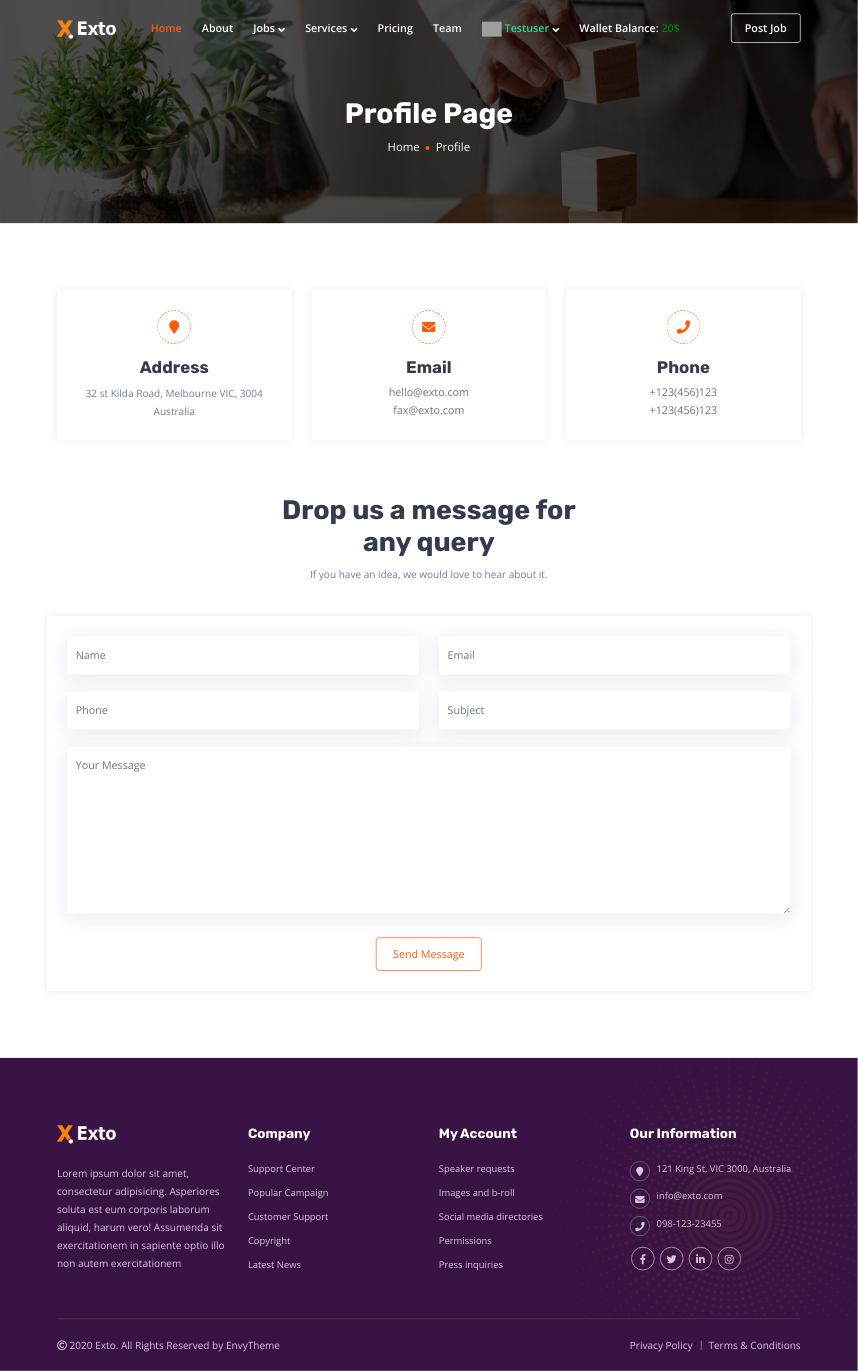
Repository: aakashrajput/XtremeWorks
Page: http://localhost/user/profile
These files come from the project's save history. The page is drawn as it stood at one moment and after the next save; the edit follows.
The browser window is 1280 px wide. The pictures show the whole page, at 67% of full size.
Pictures or frames that could not be fetched are drawn as grey boxes. The page is served by the project's Laravel application, run on PHP 8.4 with Laravel 8. A made-up administrator, Test User (test@example.com), is signed in. Other server files are loaded and not shown.

Above is the page before, as saved 2020-03-26 14:36:56.

### routes/web.php
<?php

use Illuminate\Support\Facades\Route;

/*
|--------------------------------------------------------------------------
| Web Routes
|--------------------------------------------------------------------------
|
| Here is where you can register web routes for your application. These
| routes are loaded by the RouteServiceProvider within a group which
| contains the "web" middleware group. Now create something great!
|
*/


//Main Site Routes

Route::get('/', function () {
    return view('site.index');
});

Route::get('/about', function () {
    return view('site.about');
});

Route::get('/user/login', function () {
    return view('site.login');
});

Route::get('/user/register', function () {
    return view('site.register');
});


Route::prefix('user')->group(function() {
    Route::post('/register', 'User\RegisterController@register')->name('user.register.submit');
    Route::post('/login', 'User\LoginController@login');
    Route::get('/home', 'User\UserHomeController@index');
    Route::get('/wallet', 'User\UserHomeController@WalletPage');
    Route::get('/profile', 'User\UserHomeController@ProfilePage');
});


Auth::routes();

Route::get('/home', 'HomeController@index')->name('home');

Auth::routes();

Route::get('/home', 'HomeController@index')->name('home');

### app/Http/Controllers/User/UserHomeController.php
<?php

namespace App\Http\Controllers\User;

use App\Http\Controllers\Controller;
use Illuminate\Http\Request;

class UserHomeController extends Controller
{
    public function __construct()
    {
        $this->middleware('auth:web');
    }

    public function index()
    {
        return view('user.index');
    }

    public function WalletPage()
    {
        return view('user.wallet');
    }

    public function ProfilePage()
    {
        return view('user.profile');
    }
}

### resources/views/user/profile.blade.php
@include('user.includes.header')

<div class="page-title-area">
    <div class="d-table">
        <div class="d-table-cell">
            <div class="container">
                <div class="page-title-content">
                    <h2>Profile Page</h2>
                    <ul>
                        <li>
                            <a href="index.html">Home</a>
                        </li>
                        <li>Profile</li>
                    </ul>
                </div>
            </div>
        </div>
    </div>
</div>
<!-- End Page Title Area -->

<!-- Start Contact Box Area -->
<section class="contact-box">
    <div class="container">
        <div class="row">
            <div class="col-lg-4 col-md-6">
                <div class="single-contact-box">
                    <i class="fa fa-map-marker"></i>
                    <div class="content-title">
                        <h3>Address</h3>
                        <p>32 st Kilda Road, Melbourne VIC, 3004 Australia</p>
                    </div>
                </div>
            </div>
            <div class="col-lg-4 col-md-6">
                <div class="single-contact-box">
                    <i class="fa fa-envelope"></i>
                    <div class="content-title">
                        <h3>Email</h3>
                        <a href="mailto:hello@exto.com">hello@exto.com</a>
                        <a href="mailto:hello@exto.com">fax@exto.com</a>
                    </div>
                </div>
            </div>
            <div class="col-lg-4 col-md-6 offset-md-3 offset-lg-0">
                <div class="single-contact-box">
                    <i class="fa fa-phone"></i>
                    <div class="content-title">
                        <h3>Phone</h3>
                        <a href="tel:+123(456)123">+123(456)123</a>
                        <a href="tel:+123(456)123">+123(456)123</a>
                    </div>
                </div>
            </div>
        </div>
    </div>
</section>
<!-- End Contact Box Area -->

<!-- Start Contact Area -->
<section class="contact-area pb-100">
    <div class="container">
        <div class="section-title">
            <h2>Drop us a message for any query</h2>
            <p>If you have an idea, we would love to hear about it.</p>
        </div>

        <div class="row">
            <div class="col-lg-14">
                <div class="contact-form">
                    <form id="contactForm">
                        <div class="row">
                            <div class="col-lg-6">
                                <div class="form-group">
                                    <input type="text" name="name" class="form-control" placeholder="Name">
                                </div>
                            </div>
                            <div class="col-lg-6">
                                <div class="form-group">
                                    <input type="email" name="email" class="form-control" placeholder="Email">
                                </div>
                            </div>
                            <div class="col-lg-6">
                                <div class="form-group">
                                    <input type="text" name="phone-number" class="form-control" placeholder="Phone">
                                </div>
                            </div>
                            <div class="col-lg-6">
                                <div class="form-group">
                                    <input type="text" name="subject" class="form-control" placeholder="Subject">
                                </div>
                            </div>
                            <div class="col-lg-12">
                                <div class="form-group">
                                    <textarea name="message" class="form-control" placeholder="Your Message"></textarea>
                                </div>
                            </div>
                            <div class="col-lg-12">
                                <button type="submit" class="default-btn">Send Message</button>
                            </div>
                        </div>
                    </form>
                </div>
            </div>
        </div>
    </div>
</section>
<!-- End Contact Area -->

@include('user.includes.footer')

### resources/views/user/includes/header.blade.php
<!doctype html>
<html lang="zxx">
    <head>
        <!-- Required meta tags -->
        <meta charset="utf-8">
        <meta name="viewport" content="width=device-width, initial-scale=1, shrink-to-fit=no">

        <!-- Bootstrap Min CSS -->
        <link rel="stylesheet" href="../../assets/css/bootstrap.min.css">
        <!-- Animate Min CSS -->
        <link rel="stylesheet" href="../../assets/css/animate.min.css">
        <!-- FlatIcon CSS -->
        <link rel="stylesheet" href="../../assets/css/flaticon.css">
        <!-- FlatIcon Two CSS -->
        <link rel="stylesheet" href="../../assets/css/flaticon-two.css">
        <!-- FlatIcon Three CSS -->
        <link rel="stylesheet" href="../../assets/css/flaticon-three.css">
        <!-- Odometer Min CSS -->
        <link rel="stylesheet" href="../../assets/css/odometer.min.css">
        <!-- MeanMenu CSS -->
        <link rel="stylesheet" href="../../assets/css/meanmenu.css">
        <!-- Progressbar CSS -->
        <link rel="stylesheet" href="../../assets/css/progressbar.min.css">
        <!-- Magnific Popup Min CSS -->
        <link rel="stylesheet" href="../../assets/css/magnific-popup.min.css">
        <!-- Nice Select Min CSS -->
        <link rel="stylesheet" href="../../assets/css/nice-select.min.css">
        <!-- Owl Carousel Min CSS -->
        <link rel="stylesheet" href="../../assets/css/owl.carousel.min.css">
        <!-- Font Awesome Min CSS -->
        <link rel="stylesheet" href="../../assets/css/fontawesome.min.css">
        <!-- Style CSS -->
        <link rel="stylesheet" href="../../assets/css/style.css">
        <!-- Responsive CSS -->
        <link rel="stylesheet" href="../../assets/css/responsive.css">

        <title>Exto - SEO & Marketing HTML Template</title>

        <link rel="icon" type="image/png" href="../../assets/img/favicon.png">
    </head>

    <body>

        <!-- Preloader Area -->
        <div class="preloader-area">
            <div class="spinner">
                <div class="dot1"></div>
                <div class="dot2"></div>
            </div>
        </div>
        <!-- End Preloader Area -->

        <!-- Start Navbar Area Two -->
        <div class="navbar-area-two">
            <div class="exto-responsive-nav">
                <div class="container">
                    <div class="exto-responsive-menu">
                        <div class="logo">
                            <a href="index.html">
                                <img src="../../assets/img/logo/logo-2.png" alt="logo">
                            </a>
                        </div>
                    </div>
                </div>
            </div>

            <div class="exto-nav">
                <div class="container">
                    <nav class="navbar navbar-expand-md navbar-light">
                        <a class="navbar-brand" href="index.html">
                            <img src="../../assets/img/logo/logo-2.png" alt="logo">
                        </a>
                        <div class="collapse navbar-collapse mean-menu" id="navbarSupportedContent">
                            <ul class="navbar-nav">
                                <li class="nav-item">
                                    <a href="/user/home" class="nav-link active">
                                        Home
                                    </a>
                                </li>
                                <li class="nav-item">
                                    <a href="about.html" class="nav-link">About</a>
                                </li>
                                <li class="nav-item">
                                    <a href="index-2.html#" class="nav-link">
                                        Jobs
                                        <i class="fa fa-angle-down"></i>
                                    </a>
                                    <ul class="dropdown-menu">
                                        <li class="nav-item">
                                            <a href="projects.html" class="nav-link">Explore Jobs</a>
                                        </li>
                                        <li class="nav-item">
                                            <a href="single-projects.html" class="nav-link">Post Jobs</a>
                                        </li>
                                    </ul>
                                </li>
                                <li class="nav-item">
                                    <a href="index-2.html#" class="nav-link">
                                        Services
                                        <i class="fa fa-angle-down"></i>
                                    </a>
                                    <ul class="dropdown-menu">
                                        <li class="nav-item">
                                            <a href="services.html" class="nav-link">Service</a>
                                        </li>
                                        <li class="nav-item">
                                            <a href="single-services.html" class="nav-link">Service Details</a>
                                        </li>
                                    </ul>
                                </li>
                                <li class="nav-item"><a href="about.html" class="nav-link">Pricing</a></li>
                                <li class="nav-item"><a href="about.html" class="nav-link">Team</a></li>
                                <li class="nav-item">
                                    <a href="index-2.html#" class="nav-link">
                                        <img src="https://picoworkers.com/im/web/profile_no_image.gif" alt="user avatar" width="30px">&nbsp;<span style="color:#2fd88a;">{{Auth::user()->username}}</span>
                                        <i class="fa fa-angle-down"></i>
                                    </a>
                                    <ul class="dropdown-menu">
                                        <li class="nav-item">
                                            <a href="/user/profile" class="nav-link">Profile Settings</a>
                                        </li>
                                        <li class="nav-item">
                                            <a href="/user/wallet" class="nav-link">Wallet</a>
                                        </li>
                                        <li class="nav-item">
                                            <a href="single-blog.html" class="nav-link">Logout</a>
                                        </li>
                                    </ul>
                                </li>
                                <li class="nav-item"><a href="about.html" class="nav-link">Wallet Balance: <span style="color:green;">20$</span></a></li>
                            </ul>

                            <div class="others-options saas-option">
                                <a class="saas-nav-btn" href="index-2.html#">
                                    Post Job
                                </a>
                            </div>
                        </div>
                    </nav>
                </div>
            </div>
        </div>
        <!-- End Navbar Area Two -->

### public/assets/css/flaticon.css
/*
Flaticon icon font: Flaticon
*/
@font-face {
	font-family: "Flaticon";
	src: url("../fonts/Flaticon.eot");
	src: url("../fonts/Flaticon.eot%3F") format("embedded-opentype"),
	url("../fonts/Flaticon.woff2") format("woff2"),
	url("../fonts/Flaticon.woff") format("woff"),
	url("../fonts/Flaticon.ttf") format("truetype"),
	url("../fonts/Flaticon.svg") format("svg");
	font-weight: normal;
	font-style: normal;
}
@media screen and (-webkit-min-device-pixel-ratio:0) {
	@font-face {
		font-family: "Flaticon";
		src: url("../fonts/Flaticon.svg") format("svg");
	}
}
[class^="flaticon-"]:before, [class*=" flaticon-"]:before,
[class^="flaticon-"]:after, [class*=" flaticon-"]:after {
	font-family: Flaticon;
	font-style: normal;
}

.flaticon-right-arrow:before { content: "\f100"; }
.flaticon-claim:before { content: "\f101"; }
.flaticon-lock:before { content: "\f102"; }
.flaticon-diagram:before { content: "\f103"; }
.flaticon-money:before { content: "\f104"; }
.flaticon-pen:before { content: "\f105"; }
.flaticon-refresh:before { content: "\f106"; }
.flaticon-budget:before { content: "\f107"; }
.flaticon-data:before { content: "\f108"; }
.flaticon-file:before { content: "\f109"; }
.flaticon-ruler:before { content: "\f10a"; }
.flaticon-facebook:before { content: "\f10b"; }
.flaticon-twitter:before { content: "\f10c"; }
.flaticon-linkedin:before { content: "\f10d"; }
.flaticon-instagram-logo:before { content: "\f10e"; }

### public/assets/css/flaticon-two.css
	/*
  	Flaticon icon font: Flaticon
  	Creation date: 22/12/2019 12:08
  	*/

@font-face {
	font-family: "Flaticon";
	src: url("../fonts/style-one/Flaticon.eot");
	src: url("../fonts/style-one/Flaticon.eot%3F") format("embedded-opentype"),
	url("../fonts/style-one/Flaticon.woff2") format("woff2"),
	url("../fonts/style-one/Flaticon.woff") format("woff"),
	url("../fonts/style-one/Flaticon.ttf") format("truetype"),
	url("../fonts/style-one/Flaticon.svg") format("svg");
	font-weight: normal;
	font-style: normal;
}
@media screen and (-webkit-min-device-pixel-ratio:0) {
	@font-face {
		font-family: "Flaticon";
		src: url("../fonts/style-one/Flaticon.svg") format("svg");
	}
}
[class^="flaticon-"]:before, [class*=" flaticon-"]:before,
[class^="flaticon-"]:after, [class*=" flaticon-"]:after {
	font-family: Flaticon;
	font-style: normal;
}

.flaticon-headphones:before { content: "\f100"; }
.flaticon-tag:before { content: "\f101"; }
.flaticon-cyber-security:before { content: "\f102"; }
.flaticon-innovation:before { content: "\f103"; }
.flaticon-content:before { content: "\f104"; }
.flaticon-unlink:before { content: "\f105"; }
.flaticon-data:before { content: "\f106"; }
.flaticon-goal:before { content: "\f107"; }
.flaticon-modules:before { content: "\f108"; }
.flaticon-work-time:before { content: "\f109"; }
.flaticon-it:before { content: "\f10a"; }
.flaticon-monitor:before { content: "\f10b"; }
.flaticon-appointment:before { content: "\f10c"; }
.flaticon-user:before { content: "\f10d"; }
.flaticon-dancer-motion:before { content: "\f10e"; }
.flaticon-cropping-tool:before { content: "\f10f"; }
.flaticon-brain-and-head:before { content: "\f110"; }
.flaticon-telephone:before { content: "\f111"; }
.flaticon-envelope:before { content: "\f112"; }
.flaticon-edit:before { content: "\f113"; }
.flaticon-placeholder:before { content: "\f114"; }

### public/assets/css/flaticon-three.css
	/*
  	Flaticon icon font: Flaticon
  	Creation date: 02/01/2020 10:22
  	*/

@font-face {
	font-family: "Flaticon";
	src: url("../fonts/style-two/Flaticon.eot");
	src: url("../fonts/style-two/Flaticon.eot%3F") format("embedded-opentype"),
	url("../fonts/style-two/Flaticon.woff2") format("woff2"),
	url("../fonts/style-two/Flaticon.woff") format("woff"),
	url("../fonts/style-two/Flaticon.ttf") format("truetype"),
	url("../fonts/style-two/Flaticon.svg") format("svg");
	font-weight: normal;
	font-style: normal;
}

@media screen and (-webkit-min-device-pixel-ratio:0) {
  @font-face {
		font-family: "Flaticon";
		src: url("../fonts/style-two/Flaticon.svg") format("svg");
	}
}
[class^="flaticon-"]:before, [class*=" flaticon-"]:before,
[class^="flaticon-"]:after, [class*=" flaticon-"]:after {
	font-family: Flaticon;
	font-style: normal;
}

.flaticon-industry:before { content: "\f100"; }
.flaticon-group:before { content: "\f101"; }
.flaticon-promotion:before { content: "\f102"; }
.flaticon-coffee-cup:before { content: "\f103"; }

### public/assets/css/progressbar.min.css
.circle-chart{width:150px;height:150px}.circle-chart__circle{stroke:#00acc1;stroke-width:2;stroke-linecap:square;fill:none;animation:circle-chart-fill 2s reverse;transform:rotate(-90deg);transform-origin:center}.circle-chart__circle--negative{transform:rotate(-90deg)scale(1,-1)}.circle-chart__background{stroke:#efefef;stroke-width:2;fill:none}.circle-chart__info{animation:circle-chart-appear 2s forwards;opacity:0;transform:translateY(0.3em)}.circle-chart__percent{alignment-baseline:central;text-anchor:middle;font-size:8px}.circle-chart__subline{alignment-baseline:central;text-anchor:middle;font-size:3px}.success-stroke{stroke:#ff8a00}.warning-stroke{stroke:#ffbb33}.danger-stroke{stroke:#ff4444}
@keyframes circle-chart-fill{to{stroke-dasharray:0 100}}
@keyframes circle-chart-appear{to{opacity:1;transform:translateY(0)}}

Loaded but not shown: app/Http/Controllers/Auth/LoginController.php (common file); app/Http/Controllers/Controller.php (common file); app/Http/Controllers/Auth/ConfirmPasswordController.php (common file); app/User.php (common file); public/assets/css/bootstrap.min.css (library); public/assets/css/animate.min.css (library); public/assets/css/odometer.min.css (library); public/assets/css/meanmenu.css (common file); public/assets/css/magnific-popup.min.css (library); public/assets/css/nice-select.min.css (library); public/assets/css/owl.carousel.min.css (library); public/assets/css/fontawesome.min.css (library); public/assets/css/style.css (library); public/assets/js/jquery.min.js (library); public/assets/js/popper.min.js (library); public/assets/js/bootstrap.min.js (library); public/assets/js/jquery.meanmenu.js (library); public/assets/js/jquery.appear.min.js (common file); public/assets/js/odometer.min.js (library); public/assets/js/owl.carousel.min.js (library); public/assets/js/jquery.magnific-popup.min.js (library); public/assets/js/wow.min.js (library); public/assets/js/particles.min.js (library); public/assets/js/main.js (330 lines, source omitted); public/assets/js/jquery.nice-select.min.js (4 lines, source omitted); public/assets/js/progressbar.min.js (4 lines, source omitted); public/assets/css/responsive.css (2922 lines, source omitted); resources/views/user/includes/footer.blade.php (168 lines, source omitted)

After the next save:
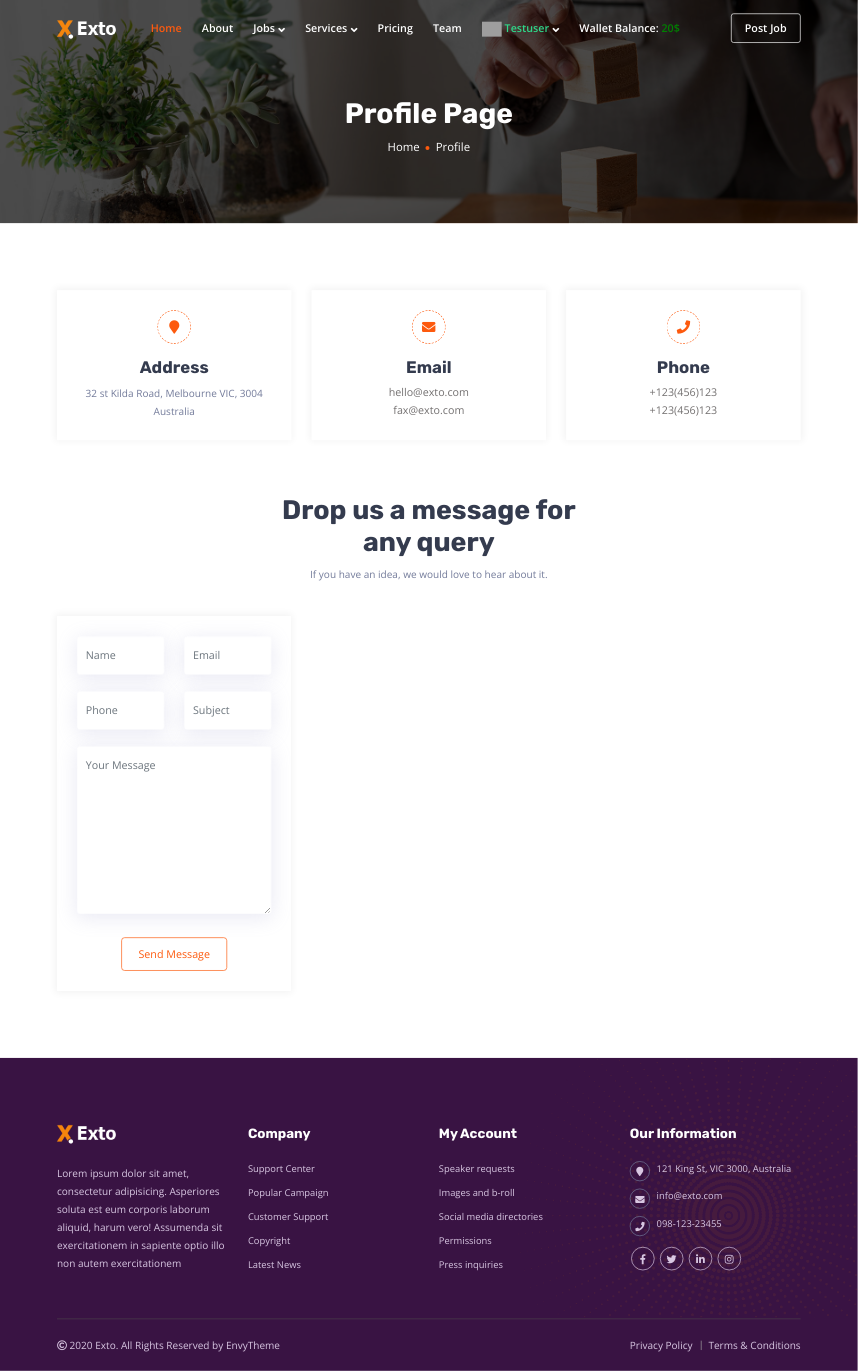
Saved 7 s later.
--- a/resources/views/user/profile.blade.php
+++ b/resources/views/user/profile.blade.php
@@ -66,7 +66,7 @@
         </div>
 
         <div class="row">
-            <div class="col-lg-14">
+            <div class="col-lg-4">
                 <div class="contact-form">
                     <form id="contactForm">
                         <div class="row">
